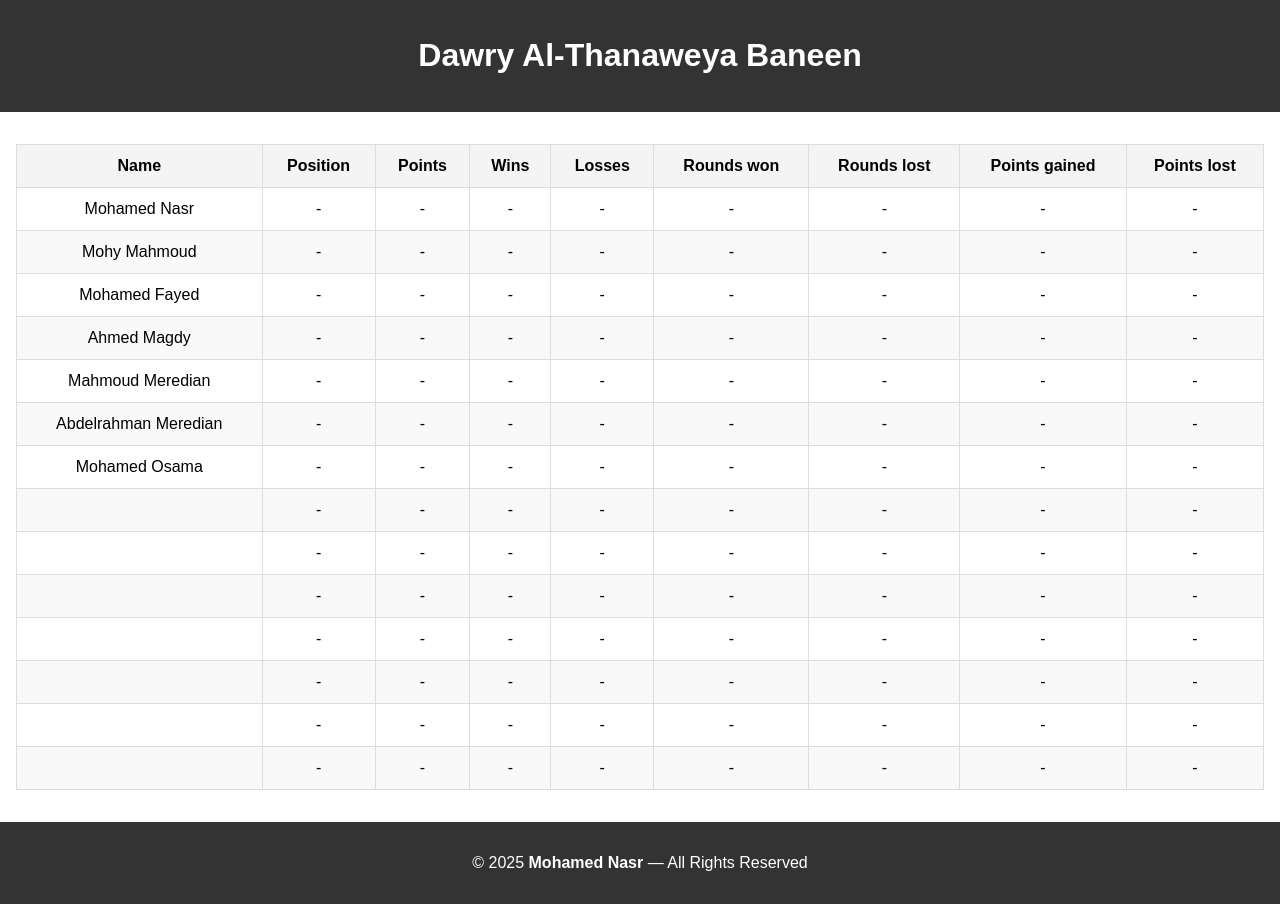
Repository: MohamedNasr95/Dawry-Al-Thanaweya-Baneen
Page: Index.html
These files come from the project's save history. The page is drawn as it stood at one moment and after a run of saves; the edit follows.
The browser window is 1280 px wide. The pictures show the whole page.

Above is the page before, as saved 2025-09-07 22:38:05.

### Index.html
<!DOCTYPE html>
<html lang="en">
<head>
  <meta charset="UTF-8" />
  <meta name="viewport" content="width=device-width, initial-scale=1.0" />
  <title>Dawry Al-Thanaweya Baneen</title>
  <link rel="stylesheet" href="style.css">
</head>
<body>
  <header>
    <h1>Dawry Al-Thanaweya Baneen</h1>
  </header>
  <main>
    <table>
      <thead>
        <tr>
          <th>Name</th>
          <th>Position</th>
          <th>Points</th>
          <th>Wins</th>
          <th>Losses</th>
          <th>Rounds won</th>
          <th>Rounds lost</th>
          <th>Points gained</th>
          <th>Points lost</th>
        </tr>
      </thead>
      <tbody id="tbody">
        <tr>
          <td>Mohamed Nasr</td>
          <td>-</td>
          <td>-</td>
          <td>-</td>
          <td>-</td>
          <td>-</td>
          <td>-</td>
          <td>-</td>
          <td>-</td>
        </tr>
        <tr>
          <td>Mohy Mahmoud</td>
          <td>-</td>
          <td>-</td>
          <td>-</td>
          <td>-</td>
          <td>-</td>
          <td>-</td>
          <td>-</td>
          <td>-</td>
        </tr>
        <tr>
          <td>Mohamed Fayed</td>
          <td>-</td>
          <td>-</td>
          <td>-</td>
          <td>-</td>
          <td>-</td>
          <td>-</td>
          <td>-</td>
          <td>-</td>
        </tr>
        <tr>
          <td>Ahmed Magdy</td>
          <td>-</td>
          <td>-</td>
          <td>-</td>
          <td>-</td>
          <td>-</td>
          <td>-</td>
          <td>-</td>
          <td>-</td>
        </tr>
        <tr>
          <td>Mahmoud Meredian</td>
          <td>-</td>
          <td>-</td>
          <td>-</td>
          <td>-</td>
          <td>-</td>
          <td>-</td>
          <td>-</td>
          <td>-</td>
        </tr>
        <tr>
          <td>Abdelrahman Meredian</td>
          <td>-</td>
          <td>-</td>
          <td>-</td>
          <td>-</td>
          <td>-</td>
          <td>-</td>
          <td>-</td>
          <td>-</td>
        </tr>
        <tr>
          <td>Mohamed Osama</td>
          <td>-</td>
          <td>-</td>
          <td>-</td>
          <td>-</td>
          <td>-</td>
          <td>-</td>
          <td>-</td>
          <td>-</td>
        </tr>
        <!-- Add more rows here -->
      </tbody>
    </table>
  </main>
  <footer>
    <p>&copy; 2025 <strong>Mohamed Nasr</strong> — All Rights Reserved</p>
  </footer>

  <script src="script.js"></script>
</body>
</html>

### style.css
body {
    font-family: Arial, sans-serif;
    margin: 0;
    padding: 0;
    display: flex;
    min-height: 100vh;
    flex-direction: column;
}
header, footer {
    background-color: #333;
    color: #fff;
    padding: 1rem;
    text-align: center;
}
main {
    flex: 1;
    padding: 1rem;
}
table {
    width: 100%;
    border-collapse: collapse;
    margin: 1rem 0;
}
th, td {
    border: 1px solid #ddd;
    padding: 0.75rem;
    text-align: center;
}
th {
    background-color: #f4f4f4;
}
tr:nth-child(even) {
    background-color: #f9f9f9;
}
tr:hover {
    background-color: #e0e0e0;
}

### script.js
table = document.getElementById("tbody")
// console.log(table)
// name = "Mustafa";
players = [{ID: 1, name: "Mohamed Nasr", position: 0, Points: 0, win: 0, loss: 0, rWin: 0, rLost: 0, pGained: 0, pLost:0},
    {ID: 2, name: "Mohy Mahmoud", position: 0, Points: 0, win: 0, loss: 0, rWin: 0, rLost: 0, pGained: 0, pLost:0},
    {ID: 3, name: "Mohamed Fayed", position: 0, Points: 0, win: 0, loss: 0, rWin: 0, rLost: 0, pGained: 0, pLost:0},
    {ID: 4, name: "Ahmed Magdy", position: 0, Points: 0, win: 0, loss: 0, rWin: 0, rLost: 0, pGained: 0, pLost:0},
    {ID: 5, name: "Mahmoud Meredian", position: 0, Points: 0, win: 0, loss: 0, rWin: 0, rLost: 0, pGained: 0, pLost:0},
    {ID: 6, name: "Abdelrahman Meredian", position: 0, Points: 0, win: 0, loss: 0, rWin: 0, rLost: 0, pGained: 0, pLost:0},
    {ID: 7, name: "Mohamed Osama", position: 0, Points: 0, win: 0, loss: 0, rWin: 0, rLost: 0, pGained: 0, pLost:0},
]

for( tVar = 0 ; tVar < players.length ; tVar++ )
{
    table.innerHTML +=
    `
        <tr>
            <td>${name}</td>
            <td>-</td>
            <td>-</td>
            <td>-</td>
            <td>-</td>
            <td>-</td>
            <td>-</td>
            <td>-</td>
            <td>-</td>
        </tr>
    `
}

After the next 2 saves:
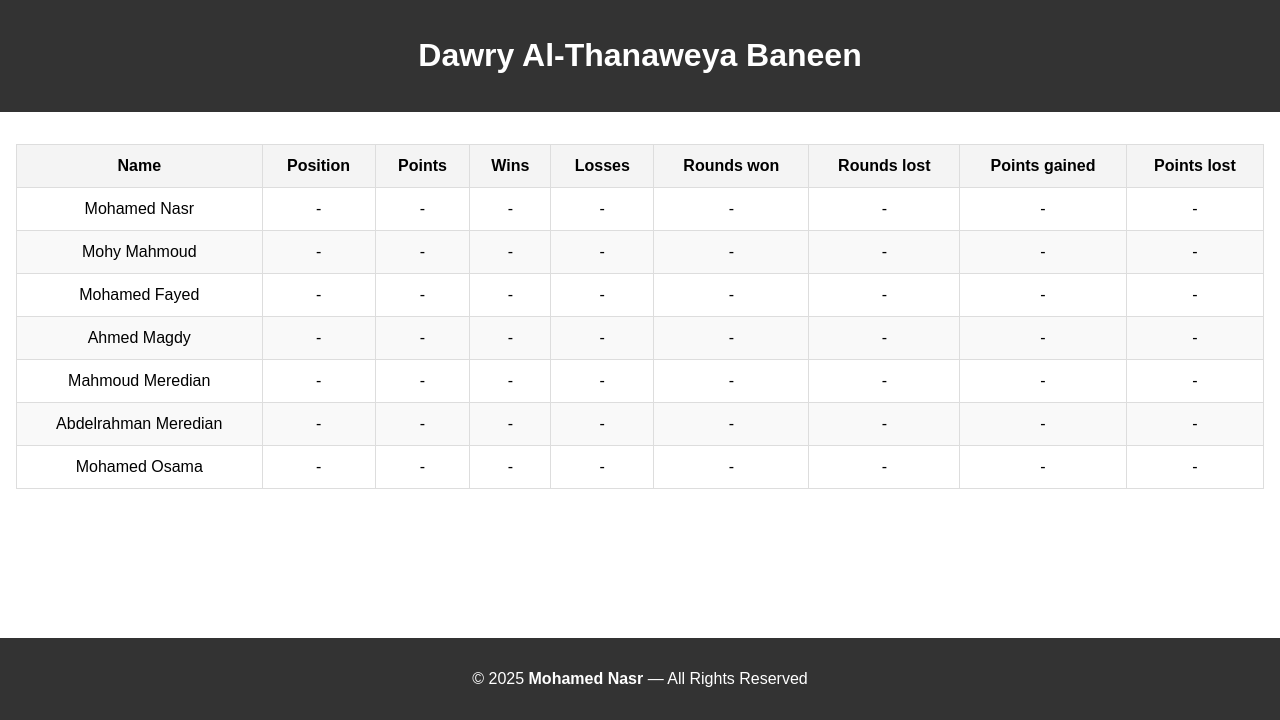
Console error: SyntaxError: Unexpected token ']'
The 2 saves are shown as one change because they came seconds apart.
The last was saved 8 s later.
--- a/script.js
+++ b/script.js
@@ -15,7 +15,7 @@
     table.innerHTML +=
     `
         <tr>
-            <td>${name}</td>
+            <td>${players[]}</td>
             <td>-</td>
             <td>-</td>
             <td>-</td>

After the 3 saves that followed:
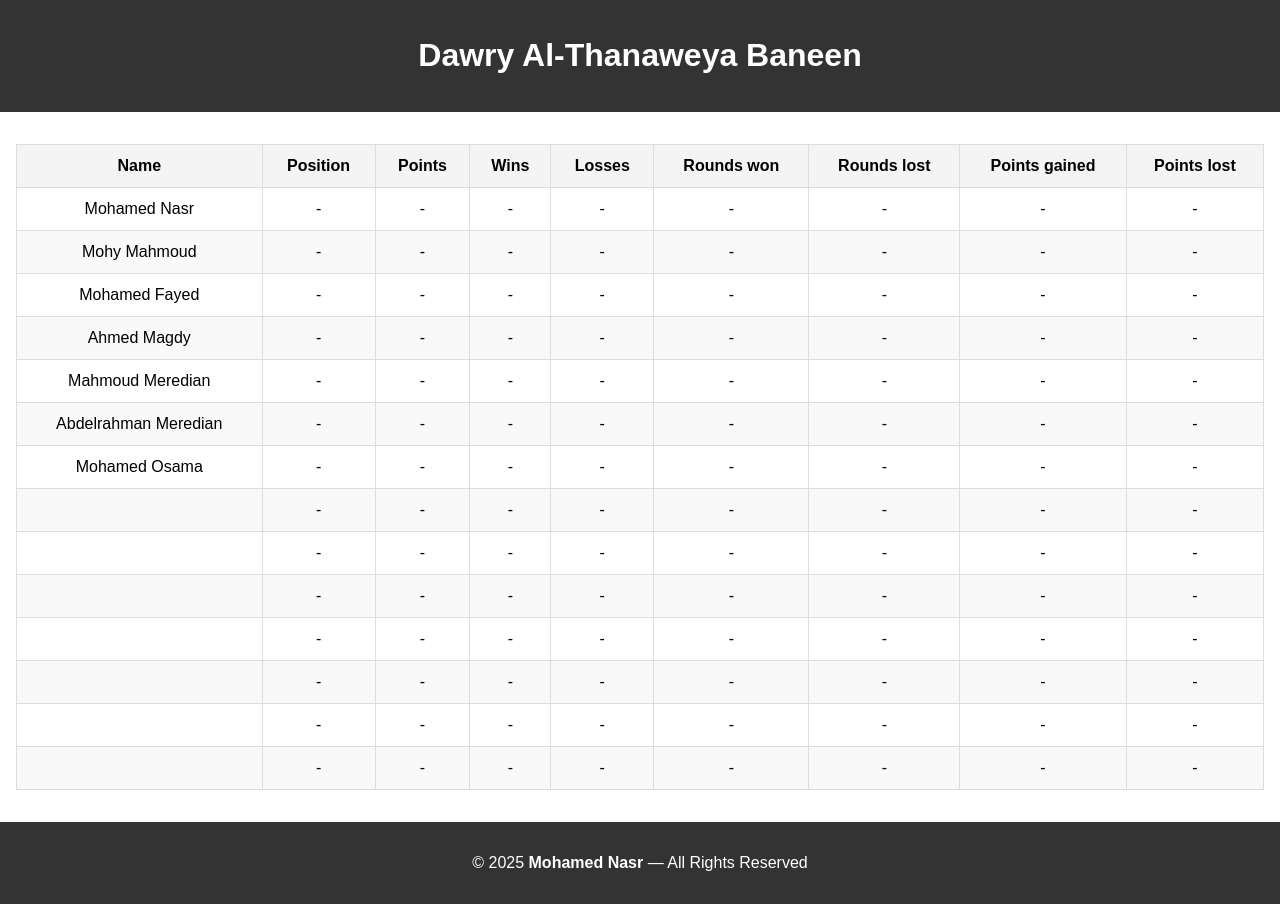
The error is gone.
The 3 saves are shown as one change because they came seconds apart.
The last was saved 10 s later.
--- a/script.js
+++ b/script.js
@@ -15,7 +15,7 @@
     table.innerHTML +=
     `
         <tr>
-            <td>${players[]}</td>
+            <td></td>
             <td>-</td>
             <td>-</td>
             <td>-</td>
